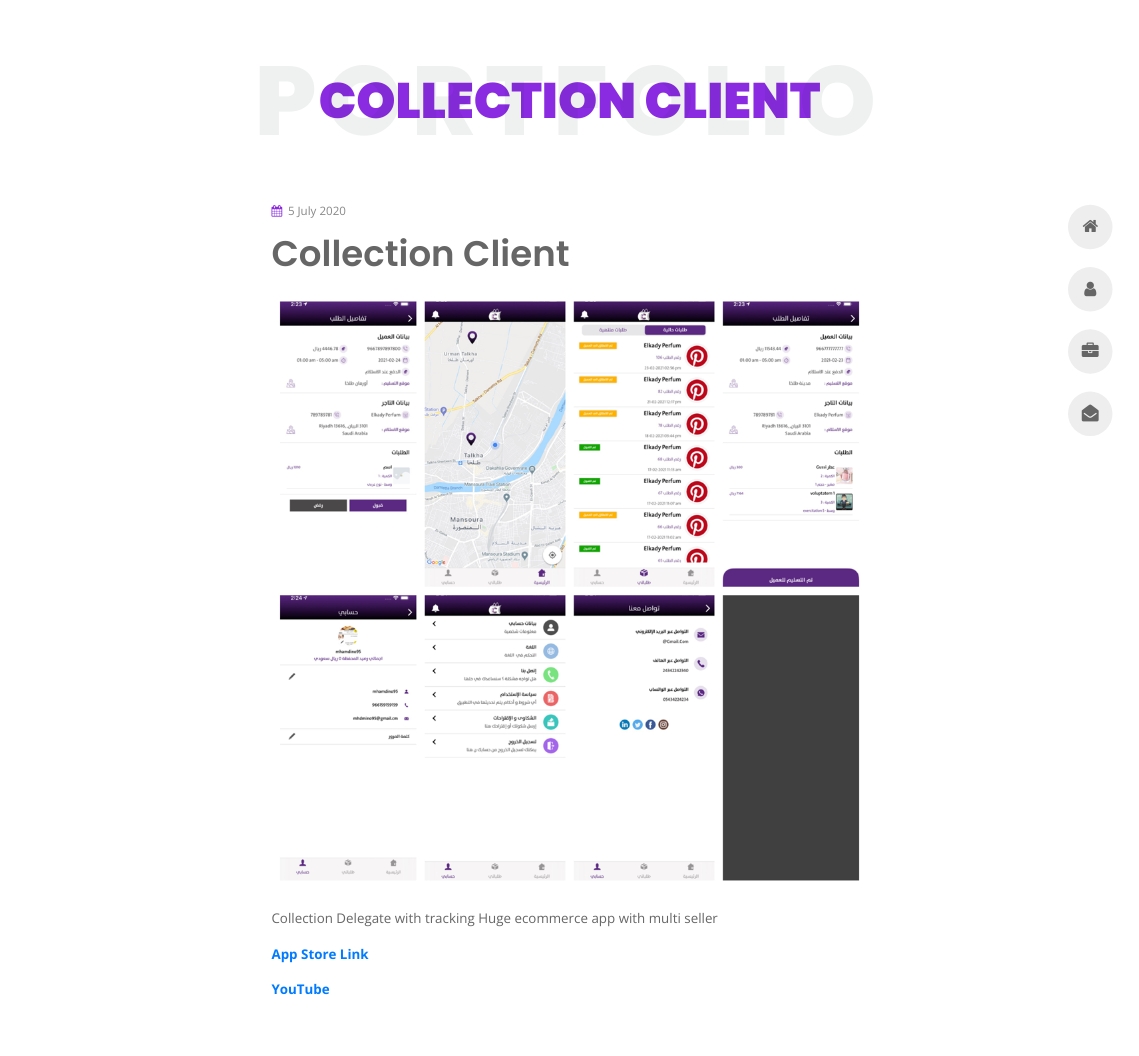
Repository: mhamdimno/mywebsite
Page: projects/collectiondelegate/index.html
These files come from the project's save history. The page is drawn as it stood at one moment and after the next save; the edit follows.
The browser window is 1280 px wide. The pictures show the whole page, at 89% of full size.

Above is the page before, as saved 2021-04-08 20:36:17.

After the next save:
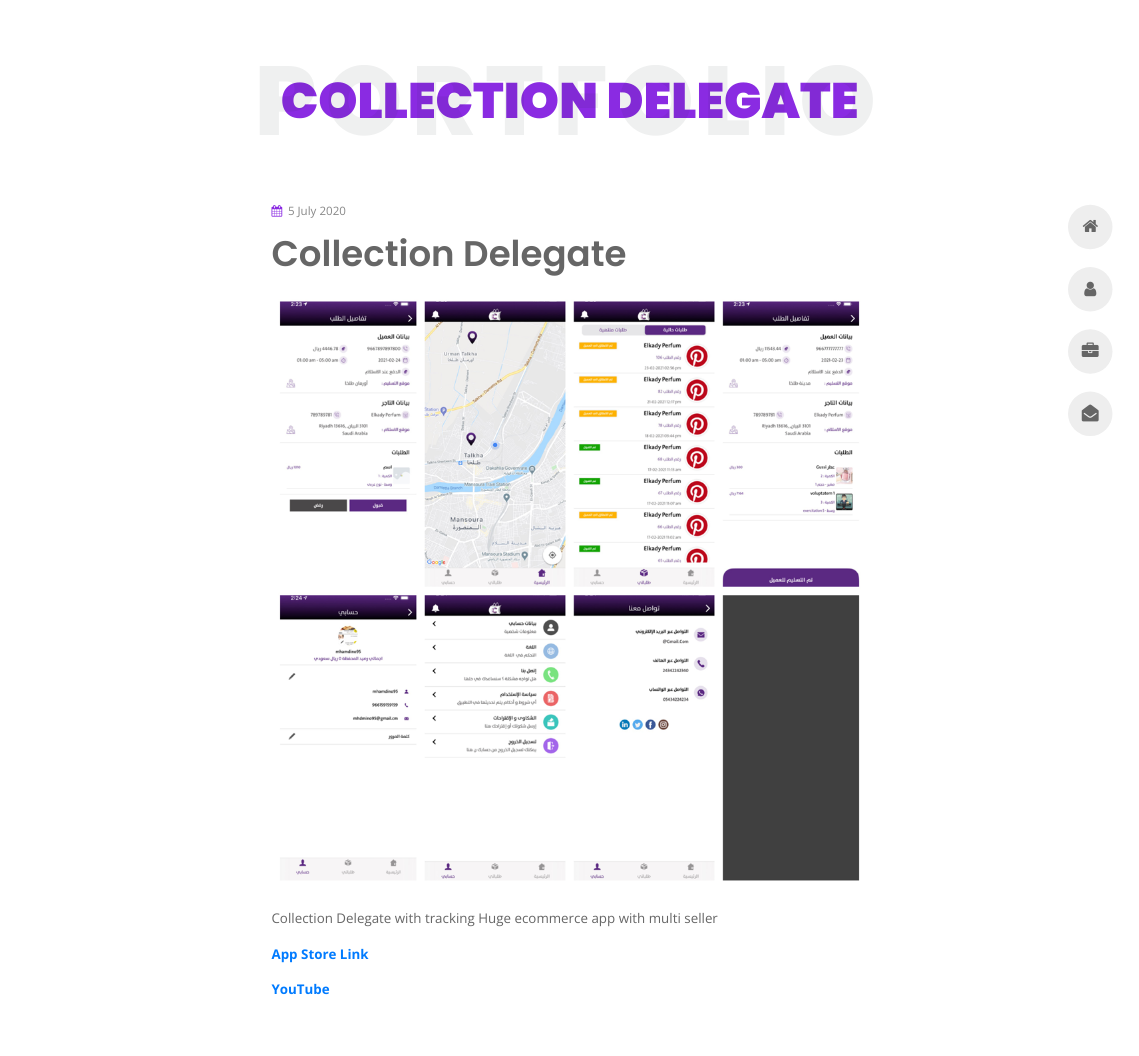
Saved 62 s later.
--- a/projects/collectiondelegate/index.html
+++ b/projects/collectiondelegate/index.html
@@ -3,7 +3,7 @@
 
 <head>
     <meta charset="utf-8">
-    <title>Portfoilio | Collection Client</title>
+    <title>Portfoilio | Collection Delegate</title>
     <meta name="viewport" content="width=device-width, initial-scale=1">
 
     <!-- Template Google Fonts -->
@@ -75,7 +75,7 @@
 <!-- Header Ends -->
 <!-- Page Title Starts -->
 <section class="title-section text-left text-sm-center revealator-slideup revealator-once revealator-delay1">
-    <h1><span>Collection Client</span></h1>
+    <h1><span>Collection Delegate</span></h1>
     <span class="title-bg">Portfolio</span>
 </section>
 <!-- Page Title Ends -->
@@ -92,7 +92,7 @@
                 </div>
                 <!-- Meta Ends -->
                 <!-- Article Content Starts -->
-                <h1 class="text-uppercase text-capitalize">Collection Client</h1>
+                <h1 class="text-uppercase text-capitalize">Collection Delegate</h1>
                 <img src="../../img/projects/collectiondelegate.jpg" class="img-fluid" alt="Blog image"/>
                 <div class="blog-excerpt open-sans-font pb-5">
                     <p>
@@ -106,7 +106,7 @@
                           </div>-->
                     </p>
                     <p>
-                        <strong><a href="https://www.youtube.com/watch?v=SybgwfEtQVo" target="_blank">YouTube</a></strong>
+                        <strong><a href="https://youtu.be/bJQ8OXaXAd4" target="_blank">YouTube</a></strong>
 
                         <!--<div class="videoWrapper">
                             <iframe width="560" height="349" src="https://www.youtube.com/watch?v=rwyUKQitc4o&feature=youtu.be" frameborder="0" allowfullscreen></iframe>
